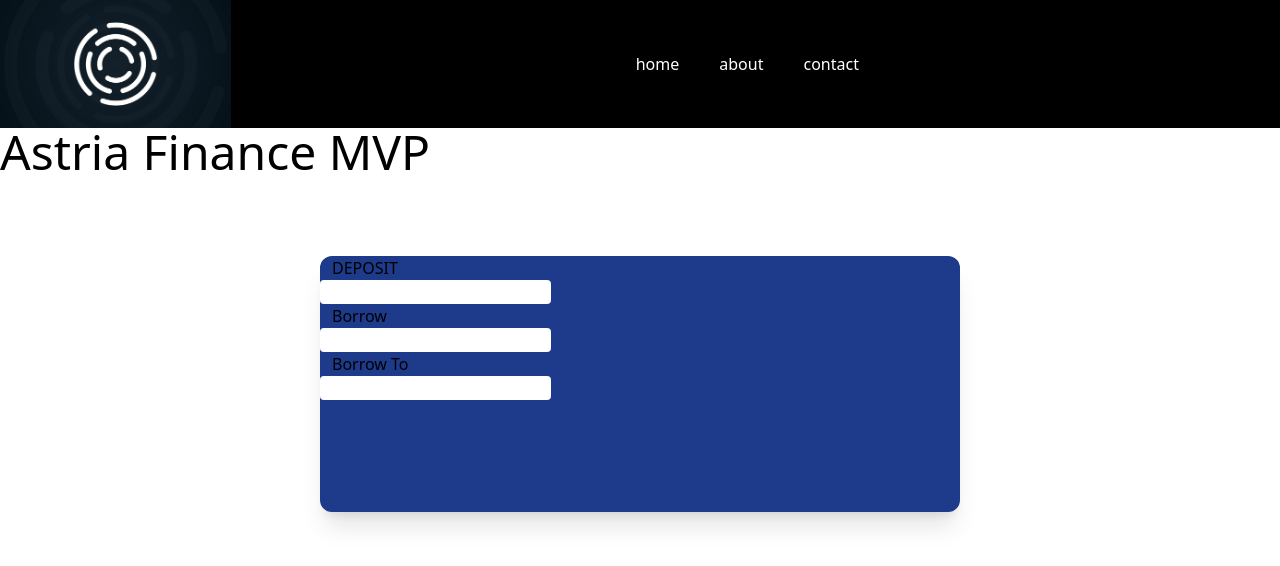
Repository: AstriaFinance/AstriaMvp
Page: /
The author's editor kept a copy of each file at every save. The page is drawn from the files as they stood at one save, then again after the next save.
The browser window is 1280 px wide. The pictures show the whole page.
The project was rebuilt for these pictures with package versions that can differ from the ones it lists, and the page was loaded fresh each time. Also part of the build but not shown: src/components/About.jsx, src/components/Shop.jsx, src/components/ErrorPage.jsx.

Above is the page before, as saved 2022-06-21 15:40:48.

After the next save:
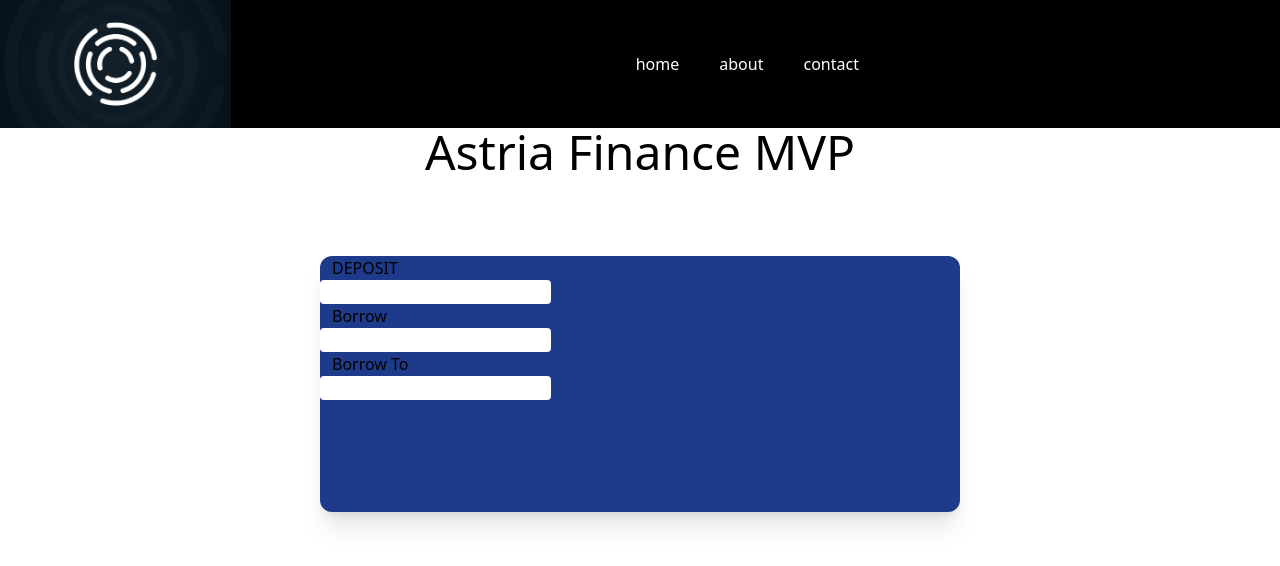
Saved 11 s later.
--- a/src/components/Home.jsx
+++ b/src/components/Home.jsx
@@ -3,7 +3,7 @@ import React from 'react'
 const Home = () => {
   return (
     <div>
-        <h1 className='text-5xl flex items-center'>Astria Finance MVP</h1>
+        <h1 className='text-5xl flex items-center justify-center'>Astria Finance MVP</h1>
     <div className=' items-center justify-center h-64 w-1/2 rounded-xl mx-80 bg-blue-900 mt-20 shadow-xl'>
         <div className='mx-3'>DEPOSIT</div>
         <input type="text" className='rounded hover:bg-purple-900' />
